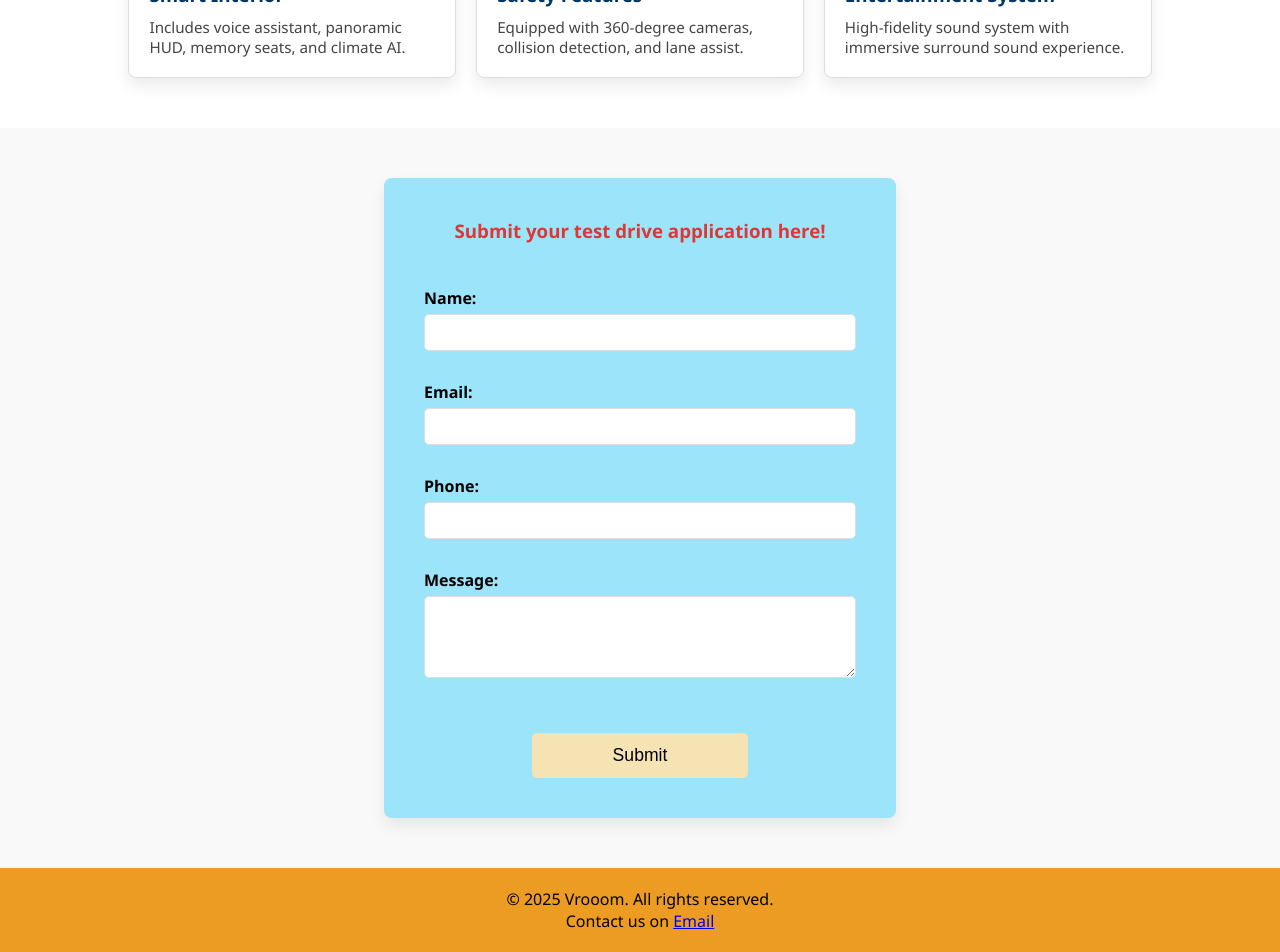
Repository: JiaheSu22/vrooom-responsive-main
Page: index.html
The author's editor kept a copy of each file at every save. The page is drawn from the files as they stood at one save, then again after the next save.
The browser window is 1280 px wide. The pictures show the part of the page from y = 940 to 1892 px (the page is 1892 px tall).
A picture or video elsewhere on the page could not be fetched, so the positions and the page height are approximate.

Above is the page before, as saved 2025-04-11 15:24:21.

### index.html
<!DOCTYPE html>
<html lang="en">

<head>
  <meta charset="UTF-8">
  <title>Vrooom — Barracuda X10</title>
  <style>
    * {
      box-sizing: border-box;
      margin: 0;
      padding: 0;
    }

    body {
      font-family: 'Segoe UI', sans-serif;
      background-color: #f9f9f9;
      color: #222;
    }

    /* HERO SECTION */
    .hero {
      position: relative;
      height: 100vh;
      width: 100%;
      background-image: url('assets/mercedes-vision-avtr.webp');
      background-repeat: no-repeat;
      background-size: cover;
      background-position: center;
      overflow: hidden;
    }

    /* Optional dark overlay for unifying text+video contrast */
    .hero::before {
      content: "";
      position: absolute;
      inset: 0;
      background: linear-gradient(to right, rgba(0, 0, 0, 0.7), rgba(0, 0, 0, 0.1));
      z-index: 0;
    }

    /* Logo - slightly rotated, floating */
    .hero-logo {
      position: absolute;
      left: 2px;
      width: 30%;
      transform: rotate(-8deg);
      z-index: 0;
    }

    .hero-logo img {
      width: 100%;
    }

    /* Rotated text box */
    .hero-text {
      position: absolute;
      bottom: 3%;
      left: 5%;
      background: rgba(255, 255, 255, 0.1);
      padding: 30px;
      border-left: 6px solid #f6e3b4;
      border-radius: 10px;
      backdrop-filter: blur(1px);
      z-index: 0;

    }

    .hero-text h1 {
      font-size: 3em;
      color: #a0fcf7;
      margin-bottom: 10px;
    }

    .hero-text p {
      font-size: 1.2em;
      color: #fff;
    }

    /* Tilted video box */
    .hero-video {
      position: absolute;
      top: auto;
      bottom: 20px;
      right: 20px;
      box-shadow: 0 10px 20px rgba(0, 0, 0, 0.6);
      z-index: 0;
      border-radius: 5px;
      overflow: hidden;
      transition: transform 0.3s ease;
    }

    .hero-video:hover {
      transform: scale(1.3);
    }

    .hero-video video {
      width: 100%;
      display: block;
      border-radius: 2px;
    }

    /* CARD SECTION */
    .card-section {
      display: flex;
      flex-wrap: wrap;
      justify-content: center;
      gap: 20px;
      padding: 50px 10%;
      background-color: #ffffff;
    }

    .top-card {
      background: rgb(248, 240, 194);
      border: 1px solid #f97705;
      border-radius: 8px;
      box-shadow: 0 8px 16px rgba(0, 0, 0, 0.08);
      padding: 20px;
      width: 32%;
      transition: transform 0.3s ease;
    }

    .card {
      background: white;
      border: 1px solid #ddd;
      border-radius: 8px;
      box-shadow: 0 8px 16px rgba(0, 0, 0, 0.08);
      width: 32%;
      padding: 20px;
      transition: transform 0.3s ease;
    }

    .top-card:hover {
      transform: translateY(10px);
      box-shadow: 0 12px 24px rgba(101, 247, 205, 0.1);
    }

    .card:hover {
      transform: translateY(-5px);
      box-shadow: 0 12px 24px rgba(0, 0, 0, 0.1);
    }

    .card h3 {
      margin-bottom: 10px;
      color: #003566;
    }

    .card p {
      font-size: 0.95em;
      color: #444;
    }

    .form-section {
      display: flex;
      flex-direction: column;
      background: #f9f9f9;
      padding: 50px 10%;
      text-align: center;
    }

    .form-section form {
      display: flex;
      flex-direction: column;
      background: rgb(155, 228, 250);
      border-radius: 8px;
      box-shadow: 0 8px 16px rgba(0, 0, 0, 0.08);
      width: 50%;
      padding: 40px;
      margin: auto;
    }

    .form-section label {
      display: flex;
      font-weight: bold;
      margin-bottom: 5px;
      color: #000000;
    }

    .form-section input,
    textarea {
      width: 100%;
      padding: 10px;
      border: 1px solid #ddd;
      border-radius: 5px;
      margin-bottom: 15px;
    }

    .form-section .form {
      margin-bottom: 15px;
    }

    .form-section button {
      margin: auto;
      background: #f6e3b4;
      color: #000000;
      border: none;
      padding: 12px 25px;
      border-radius: 5px;
      cursor: pointer;
      font-size: 1.1em;
      width: 50%;
      margin-top: 20px;
      transition: background 0.3s ease;
    }

    .form-section button:hover {
      background: #f97705;
      color: #fff;
    }

    .footer {
      background: #ec9c23;
      padding: 20px;
      text-align: center;
      color: #000;
    }

    /* Responsive Adjustments */
    @media (max-width: 768px) {
      .hero-text {
        position: static;
        margin: 20px auto;
        background: rgba(0, 0, 0, 0.7);
        text-align: center;
      }

      .hero-video {
        position: static;
        width: 90%;
        margin: 20px auto;
      }

      .card-section {

        align-items: center;
        padding: 30px 5%;
      }
    }
  </style>
</head>

<body>

  <!-- HERO SECTION -->
  <section class="hero">

    <!-- Logo -->
    <div class="hero-logo">
      <img src="assets/logo-enh.png" alt="Vrooom Logo">
    </div>

    <!-- Text -->
    <div class="hero-text">
      <h1>Mercedes Vision AVTR</h1>
      <p>A marriage between art and science.</p>
    </div>

    <!-- Video -->
    <div class="hero-video">
      <video autoplay loop muted>
        <source src="assets/avtr-demo.mp4" type="video/mp4">
        Your browser does not support the video tag.
      </video>
    </div>

  </section>

  <!-- CARD SECTION -->
  <section class="card-section">
    <div class="top-card">
      <h3>Top Speed</h3>
      <p>Reaches up to 220mph on open track with aerodynamic support.</p>
    </div>
    <div class="top-card">
      <h3>Acceleration</h3>
      <p>0 to 60mph in just 3.0 seconds. The surge you feel is real.</p>
    </div>
    <div class="top-card">
      <h3>Eco Mode</h3>
      <p>Fuel-efficient and clean in city mode — go fast and green.</p>
    </div>
    <div class="card">
      <h3>Smart Interior</h3>
      <p>Includes voice assistant, panoramic HUD, memory seats, and climate AI.</p>
    </div>
    <div class="card">
      <h3>Safety Features</h3>
      <p>Equipped with 360-degree cameras, collision detection, and lane assist.</p>
    </div>
    <div class="card">
      <h3>Entertainment System</h3>
      <p>High-fidelity sound system with immersive surround sound experience.</p>
    </div>
  </section>

  <section class="form-section">
    <form action="">
      <h3 style="color: rgb(223, 55, 55);">Submit your test drive application here!</h3> <br><br>
      <div class="form">
        <label for="name">Name:</label>
        <input type="text" id="name" name="name" required>
      </div>
      <div class="form">
        <label for="email">Email:</label>
        <input type="email" id="email" name="email" required>
      </div>
      <div class="form">
        <label for="phone">Phone:</label>
        <input type="tel" id="phone" name="phone" required>
      </div>
      <div class="form">
        <label for="message">Message:</label>
        <textarea id="message" name="message" rows="4" required></textarea>
      </div>
      <button type="submit">Submit</button>
    </form>
  </section>

  <section class="footer">
    <footer>
      <div class="footer-content">
        <p>&copy; 2025 Vrooom. All rights reserved.</p>
        <p>Contact us on <a href="mailto:contect@vroom.com">Email</a>
      </div>
    </footer>
  </section>
</body>

</html>

After the next save:
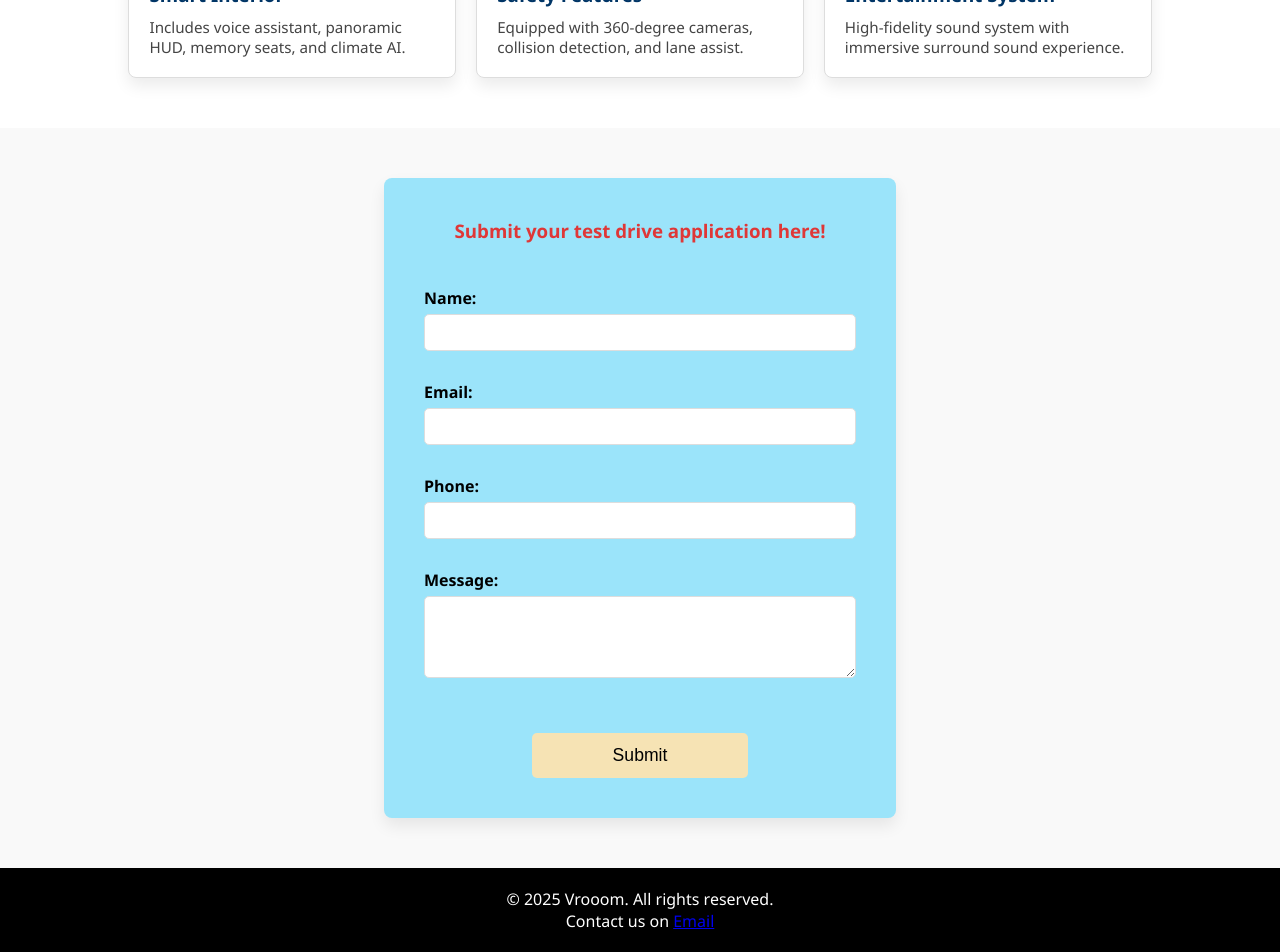
Saved 94 s later.
--- a/index.html
+++ b/index.html
@@ -208,10 +208,10 @@
     }
 
     .footer {
-      background: #ec9c23;
+      background: #000000;
       padding: 20px;
       text-align: center;
-      color: #000;
+      color: #ffffff;
     }
 
     /* Responsive Adjustments */
